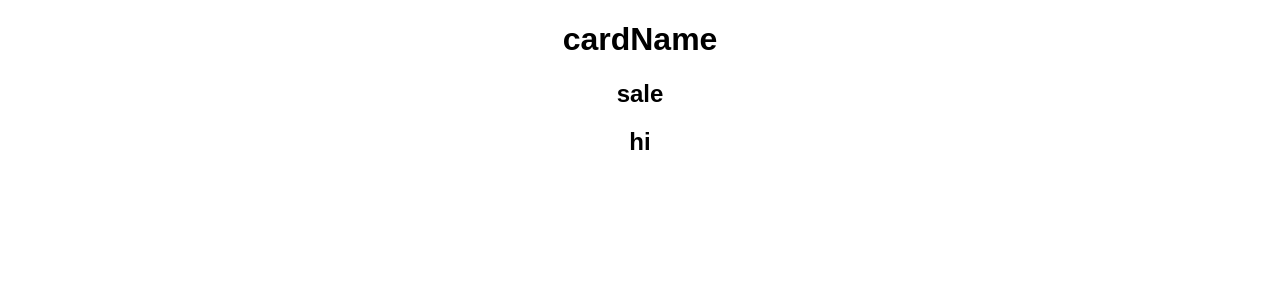
Repository: gkunthara/cryptostrikers-chrome-app
Page: /
These files come from the project's save history. The page is drawn as it stood at one moment and after the next save; the edit follows.
The browser window is 1280 px wide. The pictures show the whole page.
The page's requests for data from a server got no answer. The project was rebuilt for these pictures with package versions that can differ from the ones it lists, and the page was loaded fresh each time. No one was signed in, and anything a server would have sent is missing.

Above is the page before, as saved 2018-06-25 21:36:21.

### src/App.js
import React, { Component } from 'react';
import './App.css';
import axios from 'axios';

class App extends Component {

  constructor() {
    super();
    this.state = {
      card: {
        name: "cardName",
        image: "cardImage",
        sale: "sale",
        sale_time: "hours + ':' + minutes"
      }
    };
    this.getLastSoldCard = this.getLastSoldCard.bind(this)
}

  componentDidMount() {
    this.getLastSoldCard()
  }

    getLastSoldCard() {
      axios.get('https://api.opensea.io/api/v1/events/?event_type=successful&asset_contract_address=0xdcaad9fd9a74144d226dbf94ce6162ca9f09ed7e&limit=10')
      .then(response => {
        // console.log(data)
          let assets = response.data.asset_events
          // console.log(assets)
          //const result = assets.filter(asset => asset.total_price > 0);
          const lastSoldCard = assets[0]
          const cardName = lastSoldCard.asset.name
          const cardImage = lastSoldCard.asset.image_url
          const cardSaleTime = lastSoldCard.transaction.created_date

          var timeZone = cardSaleTime;
          var dt = new Date(timeZone.replace(' ', 'T') + "Z");
          var hours = dt.getHours();
          var minutes = dt.getMinutes();

          const sale = lastSoldCard.total_price / 1000000000000000000;
          this.setState({
            card: {
              name: cardName,
              image: cardImage,
              sale: sale,
              sale_time: hours + ':' + minutes
            }
          })
          console.log(this.state.card)
      })
    }


  render() {
    return (
      <div className="App">
        <h1>{this.state.card.name}</h1>
        <h2>{this.state.card.sale}</h2>
        <h2>hi</h2>
      </div>
    );
  }
}

export default App;

Loaded but not shown: public/index.html (common file); src/index.js (common file); src/index.css (common file); src/registerServiceWorker.js (common file); src/App.css (common file)

After the next save:
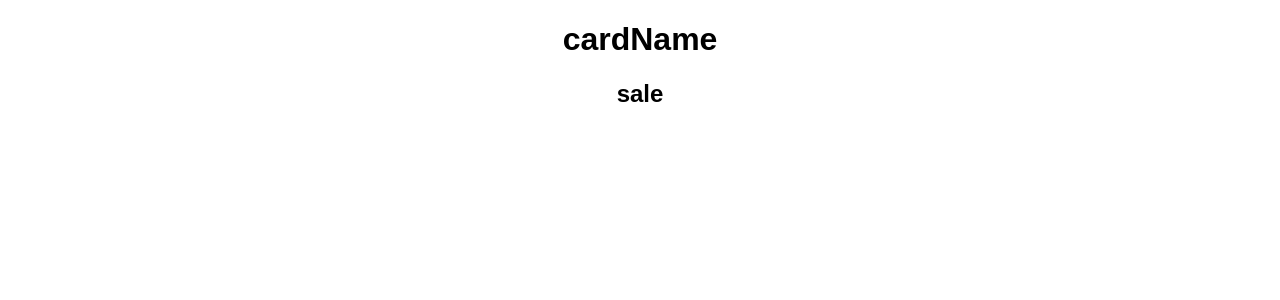
Saved 22 s later.
--- a/src/App.js
+++ b/src/App.js
@@ -57,7 +57,6 @@ class App extends Component {
       <div className="App">
         <h1>{this.state.card.name}</h1>
         <h2>{this.state.card.sale}</h2>
-        <h2>hi</h2>
       </div>
     );
   }
